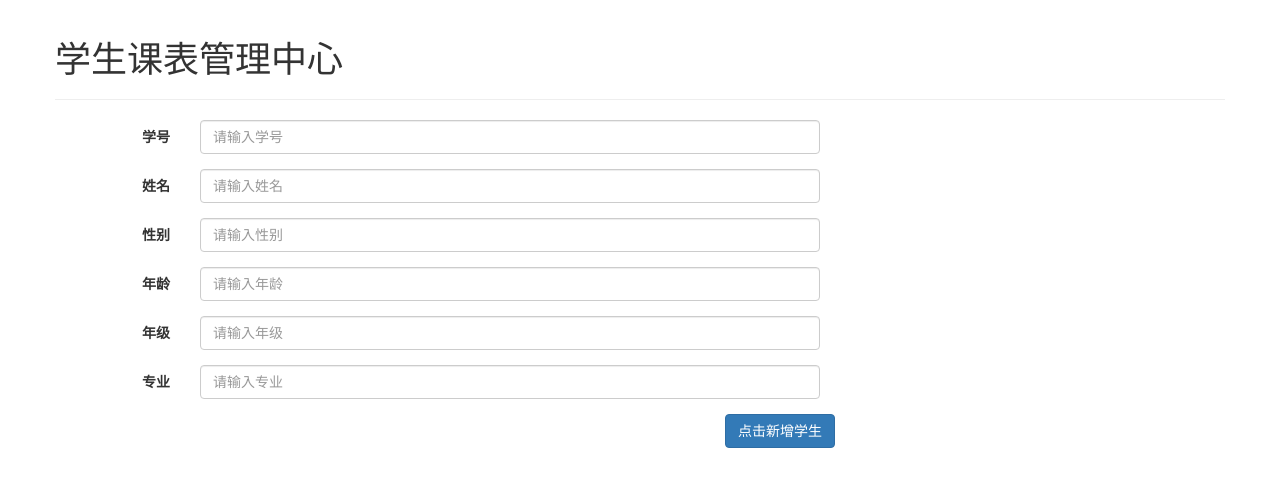
Repository: JetChen07/mybatis
Page: http://localhost/course/addstudent.jsp
The author's editor kept a copy of each file at every save. The page is drawn from the files as they stood at one save, then again after the next save.
The browser window is 1280 px wide. The pictures show the whole page.
The page is served by Tomcat 9. Nobody is signed in. The application's start-up code is not run. Other server files are loaded and not shown.

Above is the page before, as saved 2018-05-22 01:31:53.

### course/src/main/webapp/addstudent.jsp
<%@ page contentType="text/html;charset=UTF-8" language="java" import="com.jack.entity.Student,java.util.*" isELIgnored="false"%>
<%@ taglib prefix="c" uri="http://java.sun.com/jsp/jstl/core"%>
<%@ taglib prefix="fmt" uri="http://java.sun.com/jsp/jstl/fmt" %>
<!DOCTYPE html PUBLIC "-//W3C//DTD HTML 4.01 Transitional//EN" "http://www.w3.org/TR/html4/loose.dtd">
<html>
<head>
    <title>学生课表管理中心</title>
    <link rel="stylesheet" href="lib/bootstrap-3.3.7-dist/css/bootstrap.min.css">
    <script src="lib/2.2.4/jquery-1.12.4.min.js"></script>
    <script src="lib/bootstrap-3.3.7-dist/js/bootstrap.min.js"></script>
</head>
<body>
<div class="container">
    <div class="row">
        <div class="page-header">
            <h1>学生课表管理中心</h1>
        </div>
    </div>
    <div class="row">
        <div class="col-md-8 ">
            <form class="form-horizontal" action="${pageContext.request.contextPath}/addstudent">
                <div class="form-group">
                    <label for="username" class="col-sm-2 control-label">学号</label>
                    <div class="col-sm-10">
                        <input type="text" class="form-control" id="reg_no" name="reg_no" placeholder="请输入学号">
                    </div>
                </div>
                <div class="form-group">
                    <label for="userpass" class="col-sm-2 control-label">姓名</label>
                    <div class="col-sm-10">
                        <input type="text" class="form-control" id="userpass" name="userpass" placeholder="请输入姓名">
                    </div>
                </div>
                <div class="form-group">
                    <label for="nickname" class="col-sm-2 control-label">性别</label>
                    <div class="col-sm-10">
                        <input type="text" class="form-control" id="nickname" name="nickname" placeholder="请输入性别">
                    </div>
                </div>
                <div class="form-group">
                    <label for="age" class="col-sm-2 control-label">年龄</label>
                    <div class="col-sm-10">
                        <input type="text" class="form-control" id="age" name="age"  placeholder="请输入年龄">
                    </div>
                </div>
                <div class="form-group">
                    <label for="gender" class="col-sm-2 control-label">年级</label>
                    <div class="col-sm-10">
                        <input type="text" class="form-control" id="gender" name="gender"  placeholder="请输入年级">
                    </div>
                </div>
                <div class="form-group">
                    <label for="phone" class="col-sm-2 control-label">专业</label>
                    <div class="col-sm-10">
                        <input type="text" class="form-control" id="phone" name="phone"  placeholder="请输入专业">
                    </div>
                </div>
                <div class="form-group" align="right">
                    <input type="submit" value="点击新增学生" class="btn btn-primary">
                </div>
            </form>
        </div>
    </div>
</div>

</body>
</html>

Loaded but not shown: course/src/main/webapp/lib/bootstrap-3.3.7-dist/css/bootstrap.min.css (library); course/src/main/webapp/lib/2.2.4/jquery-1.12.4.min.js (library); course/src/main/webapp/lib/bootstrap-3.3.7-dist/js/bootstrap.min.js (library)

After the next save:
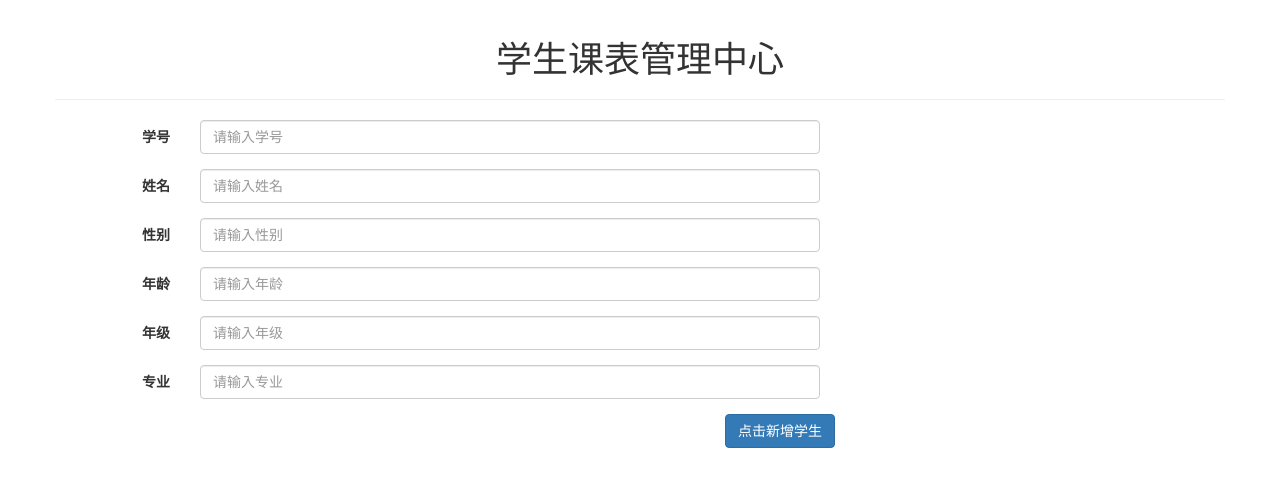
Saved 8 s later.
--- a/course/src/main/webapp/addstudent.jsp
+++ b/course/src/main/webapp/addstudent.jsp
@@ -12,7 +12,7 @@
 <body>
 <div class="container">
     <div class="row">
-        <div class="page-header">
+        <div class="page-header" align=center>
             <h1>学生课表管理中心</h1>
         </div>
     </div>
